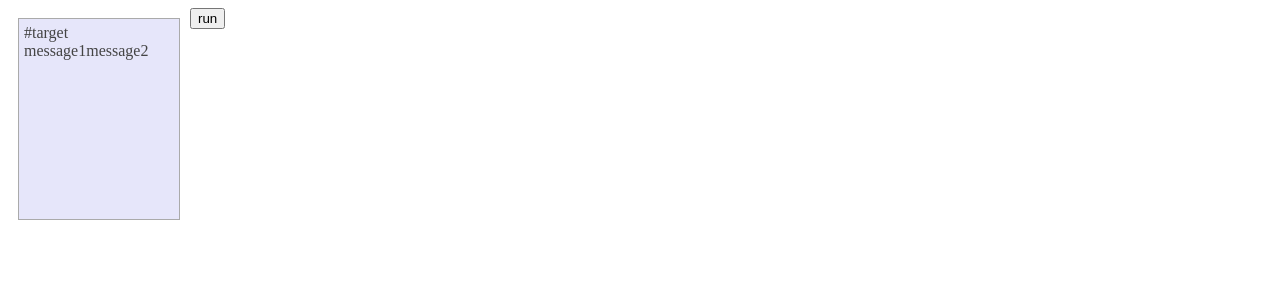
Repository: silenttemplar/java_start_project
Page: hansung_ee_2014/hansung_jquery_exercise/WebContent/11. Empty elements.html
These files come from the project's save history. The page is drawn as it stood at one moment and after the next save; the edit follows.
The browser window is 1280 px wide. The pictures show the whole page.
After loading, the first visible `input` was clicked once.

Above is the page before, as saved 2014-08-27 08:23:13.

After the next save:
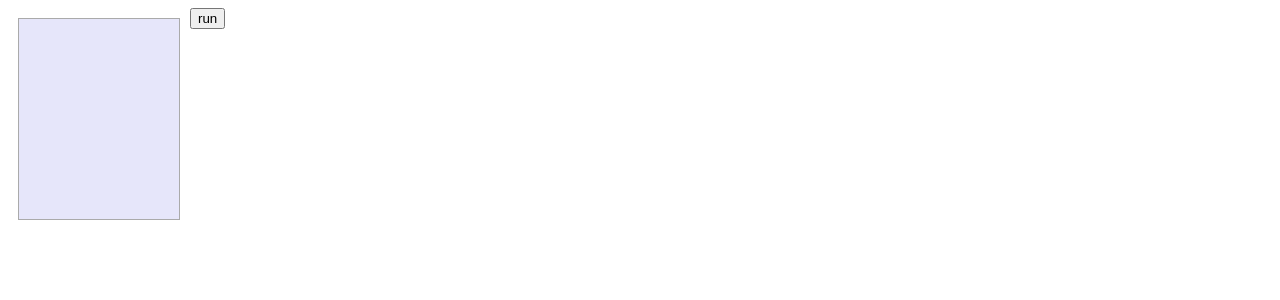
Saved 27 s later.
--- a/hansung_ee_2014/hansung_jquery_exercise/WebContent/11. Empty elements.html
+++ b/hansung_ee_2014/hansung_jquery_exercise/WebContent/11. Empty elements.html
@@ -9,9 +9,10 @@
 	 * 함수 : empty() or children(), remove(), text()
 	 */
 	function run() {
-			//$("#target").remove();
-			//$("#target").empty();
-		$("#target").children().remove();
+// 			$("#target").remove();
+// 			$("#target").empty();
+// 		$("#target").children().remove();
+		$("#target").text("");
 	}
 </script>
 
